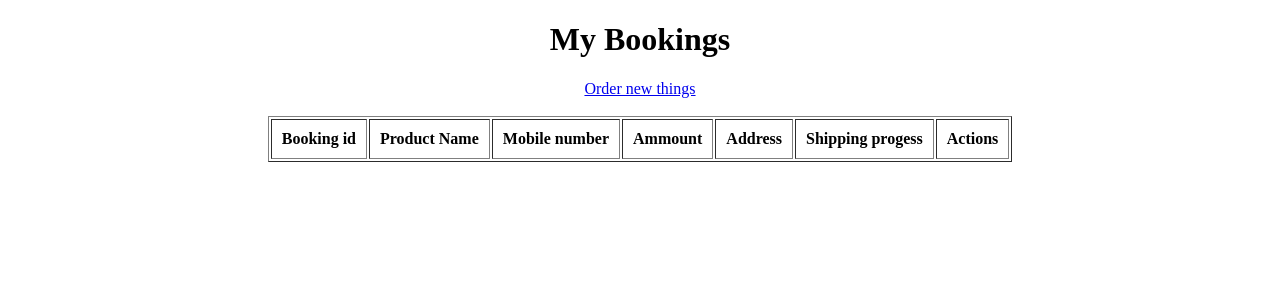
Repository: gousiya669/edubridgeprojects
Page: http://localhost/index
The author's editor kept a copy of each file at every save. The page is drawn from the files as they stood at one save, then again after the next save.
The browser window is 1280 px wide. The pictures show the whole page.
The page is this project's Thymeleaf template; nobody is signed in. The template is opened directly, without the code that normally fills it, so the values that code supplies are empty.

Above is the page before, as saved 2021-10-01 12:49:49.

After the next save:
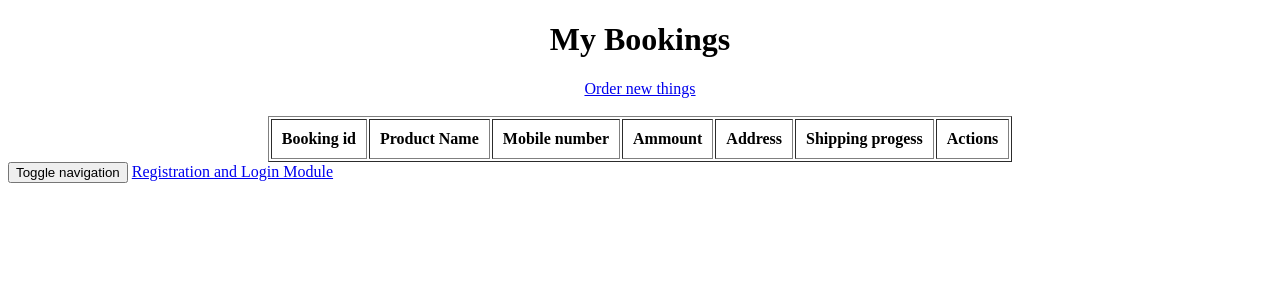
Saved 70 s later.
--- a/java code/eclipse-workspace/shoppingmart/src/main/resources/templates/index.html
+++ b/java code/eclipse-workspace/shoppingmart/src/main/resources/templates/index.html
@@ -43,3 +43,45 @@
 </div>
 </body>
 </html>
+
+
+
+
+
+
+
+
+
+
+
+
+
+
+ <!-- create navigation bar ( header) -->
+ <nav class="navbar navbar-inverse navbar-fixed-top">
+  <div class="container">
+   <div class="navbar-header">
+    <button type="button" class="navbar-toggle collapsed"
+     data-toggle="collapse" data-target="#navbar" aria-expanded="false"
+     aria-controls="navbar">
+     <span class="sr-only">Toggle navigation</span> <span
+      class="icon-bar"></span> <span class="icon-bar"></span> <span
+      class="icon-bar"></span>
+    </button>
+    <a class="navbar-brand" href="#" th:href="@{/}">Registration and
+     Login Module</a>
+   </div>
+   <div id="navbar" class="collapse navbar-collapse">
+    <ul class="nav navbar-nav">
+     <li sec:authorize="isAuthenticated()"><a th:href="@{/logout}">Logout</a></li>
+    </ul>
+   </div>
+  </div>
+ </nav>
+
+ <br>
+ <br>
+
+
+</body>
+</html>
